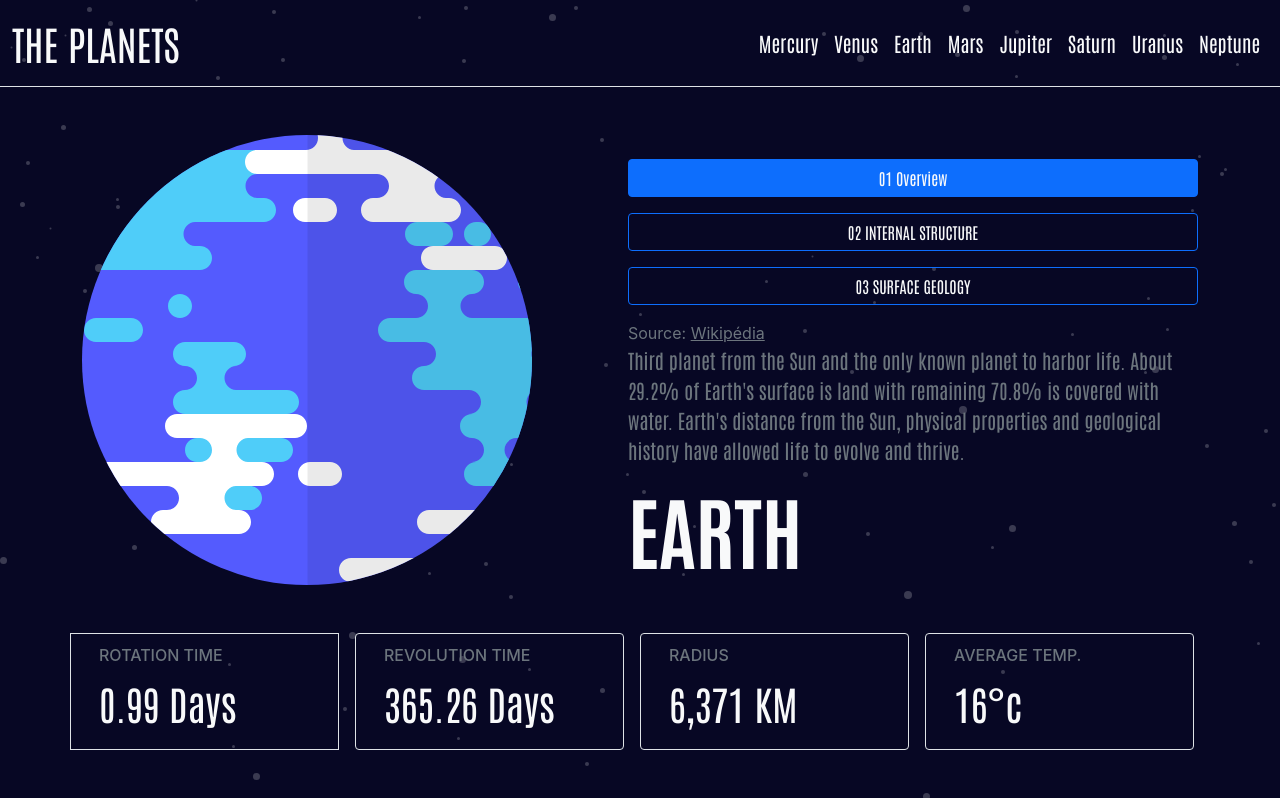
Repository: andre06x/the-planets
Page: /
The author's editor kept a copy of each file at every save. The page is drawn from the files as they stood at one save, then again after the next save.
The browser window is 1280 px wide. The pictures show the whole page.
The project was rebuilt for these pictures with package versions that can differ from the ones it lists, and the page was loaded fresh each time.

Above is the page before, as saved 2021-10-18 23:02:17.

After the next save:
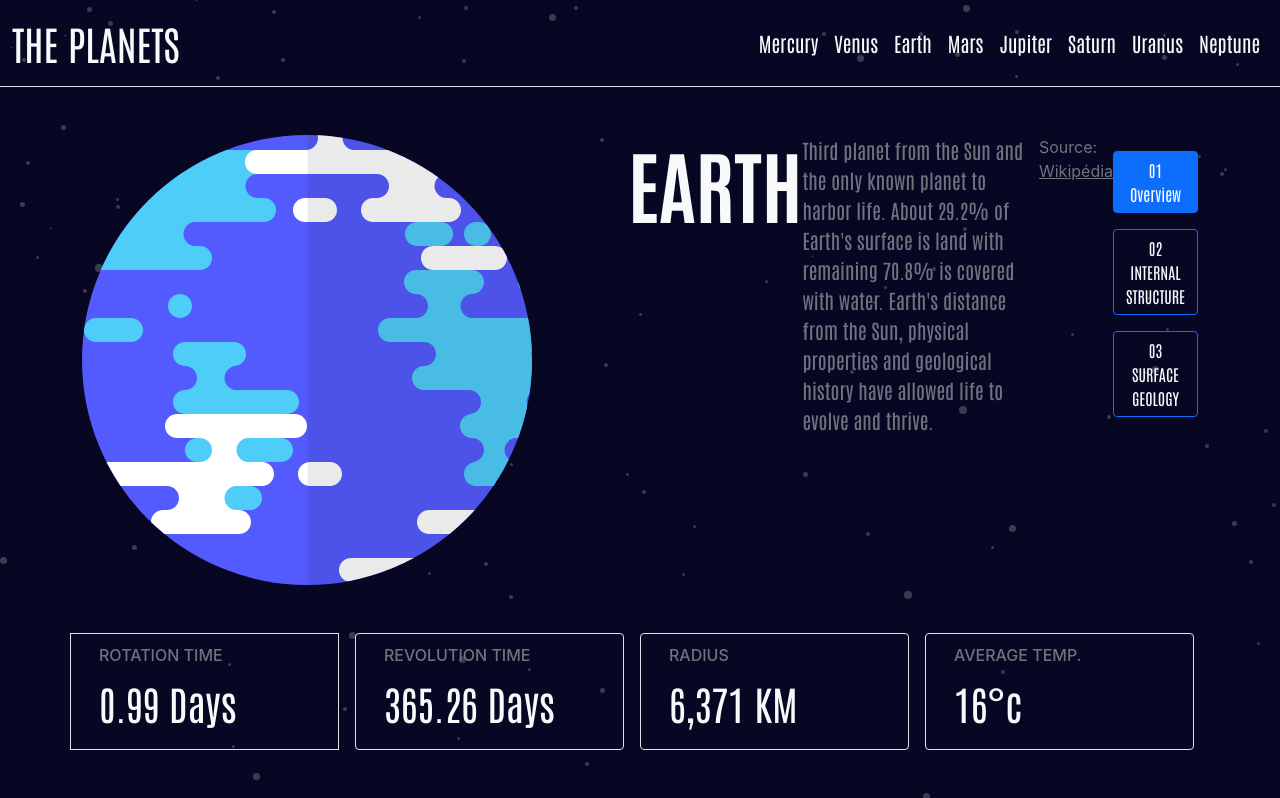
Saved 31 s later.
--- a/src/components/Container.js
+++ b/src/components/Container.js
@@ -48,7 +48,7 @@
           <div className="me-5">
             <img src={imagee}alt="" />
           </div>
-          <div className="ms-md-5 d-flex flex-sm-column-reverse">
+          <div className="ms-md-5 d-flex flex-xs-column-reverse">
             <h1 className="display-1 text-light font-antonio fw-bold">EARTH</h1>
             <p className="lead text-muted font-antonio">
               {text.content}

After the 2 saves that followed:
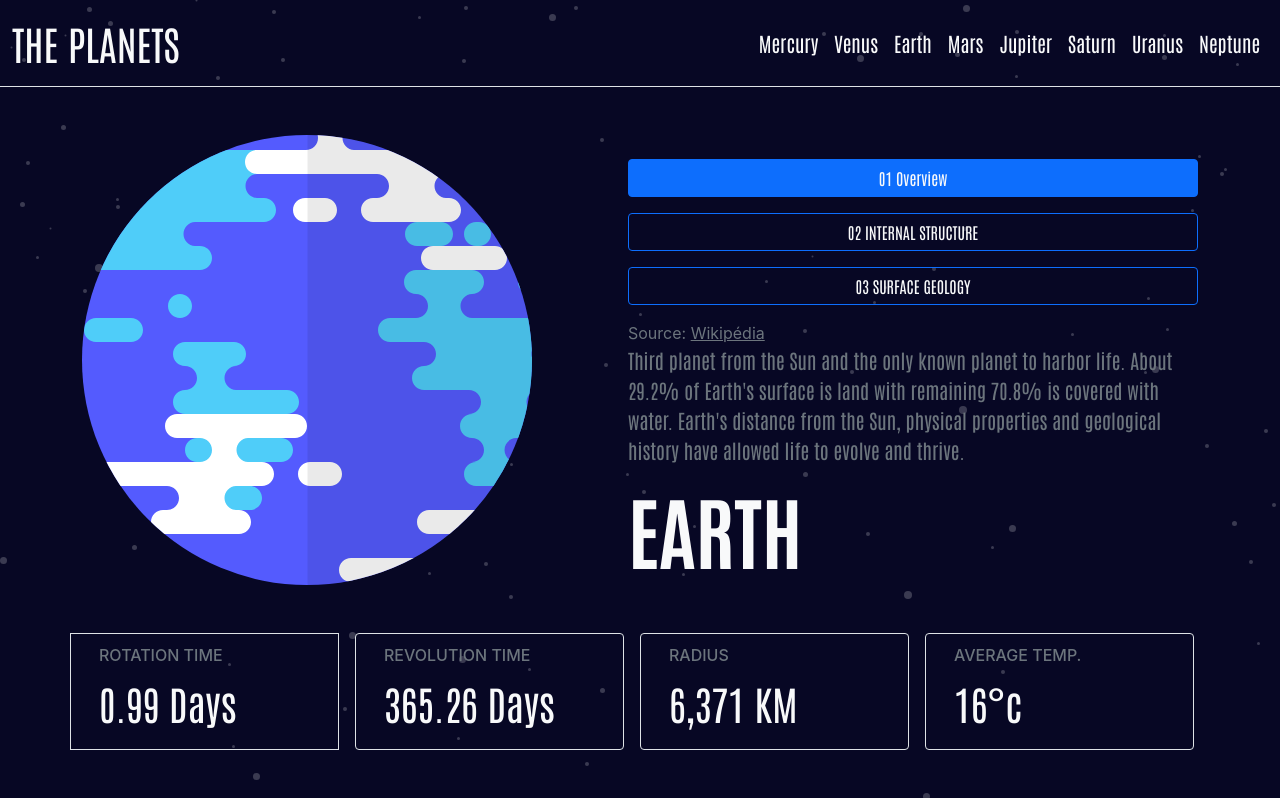
The 2 saves are shown as one change because 1 left the picture as it was.
The last was saved 26 s later.
--- a/src/components/Container.js
+++ b/src/components/Container.js
@@ -48,7 +48,7 @@
           <div className="me-5">
             <img src={imagee}alt="" />
           </div>
-          <div className="ms-md-5 d-flex flex-xs-column-reverse">
+          <div className="ms-md-5 d-md-flex flex-column-reverse">
             <h1 className="display-1 text-light font-antonio fw-bold">EARTH</h1>
             <p className="lead text-muted font-antonio">
               {text.content}
